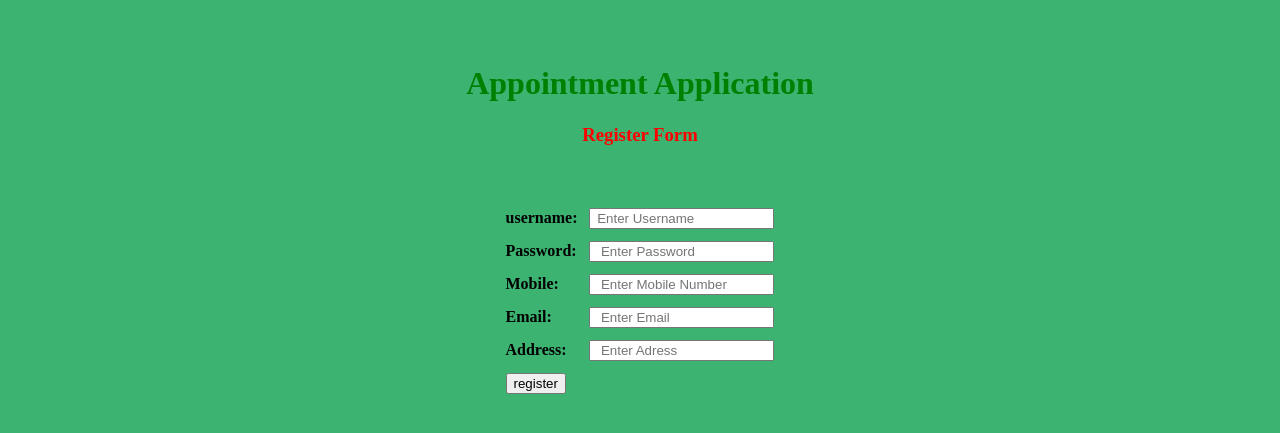
Repository: lsamirl/Exemples
Page: BankExemple/WebContent/Bank_register.html
These files come from the project's save history. The page is drawn as it stood at one moment and after the next save; the edit follows.
The browser window is 1280 px wide. The pictures show the whole page.

Above is the page before, as saved 2021-06-28 03:05:02.

After the next save:
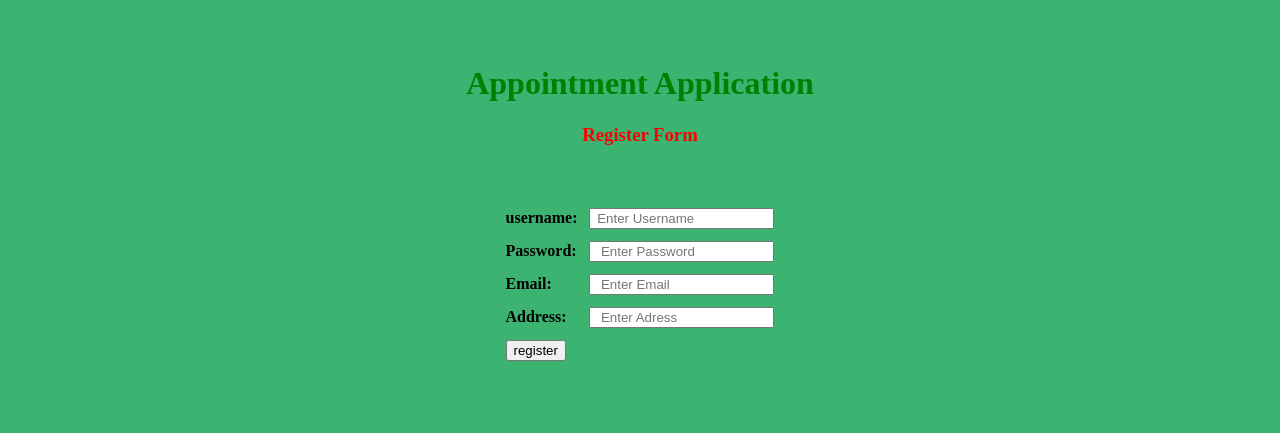
Saved 12 s later.
--- a/BankExemple/WebContent/Bank_register.html
+++ b/BankExemple/WebContent/Bank_register.html
@@ -10,7 +10,6 @@
 		<tr><td><b>username:</b></td>
 		<td><input type ="text" name="username" placeholder =" Enter Username"></td></tr>
 		<tr><td><b>Password:</b></td><td><input type ="password" name= "password" placeholder="  Enter Password"></td></tr>
-		<tr><td><b>Mobile:</b></td><td><input type ="Number" name= "mobile" placeholder="  Enter Mobile Number"></td></tr>
 		<tr><td><b>Email:</b></td><td><input type ="Email" name= "Email" placeholder="  Enter Email"></td></tr>
 		<tr><td><b>Address:</b></td><td><input type ="text" name= "Address" placeholder="  Enter Adress"></td></tr> <br><br>
 		<tr><td><input type="submit" value="register"></td></tr>

After the save that followed:
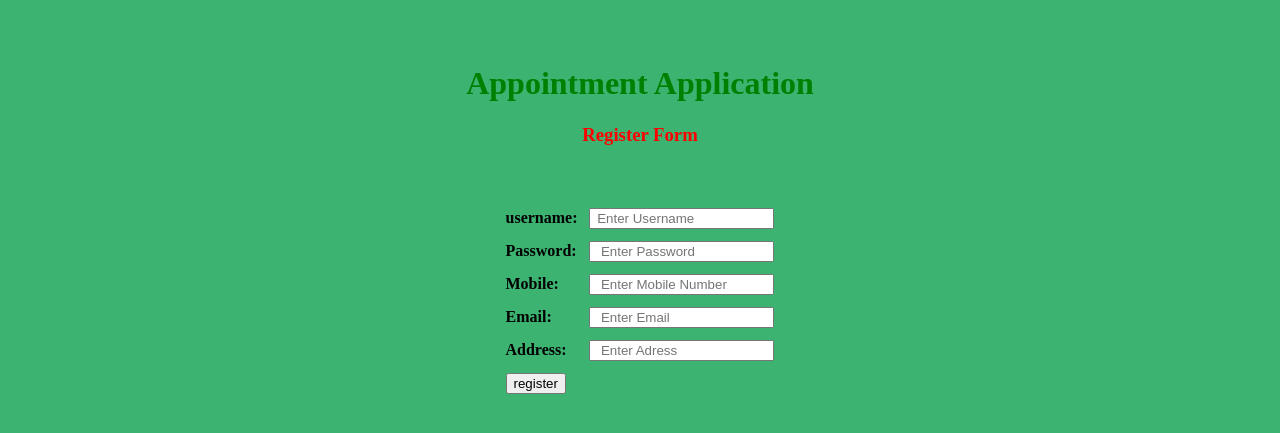
Saved 9 min 11 s later.
--- a/BankExemple/WebContent/Bank_register.html
+++ b/BankExemple/WebContent/Bank_register.html
@@ -10,6 +10,7 @@
 		<tr><td><b>username:</b></td>
 		<td><input type ="text" name="username" placeholder =" Enter Username"></td></tr>
 		<tr><td><b>Password:</b></td><td><input type ="password" name= "password" placeholder="  Enter Password"></td></tr>
+		<tr><td><b>Mobile:</b></td><td><input type ="Number" name= "mobile" placeholder="  Enter Mobile Number"></td></tr>
 		<tr><td><b>Email:</b></td><td><input type ="Email" name= "Email" placeholder="  Enter Email"></td></tr>
 		<tr><td><b>Address:</b></td><td><input type ="text" name= "Address" placeholder="  Enter Adress"></td></tr> <br><br>
 		<tr><td><input type="submit" value="register"></td></tr>
